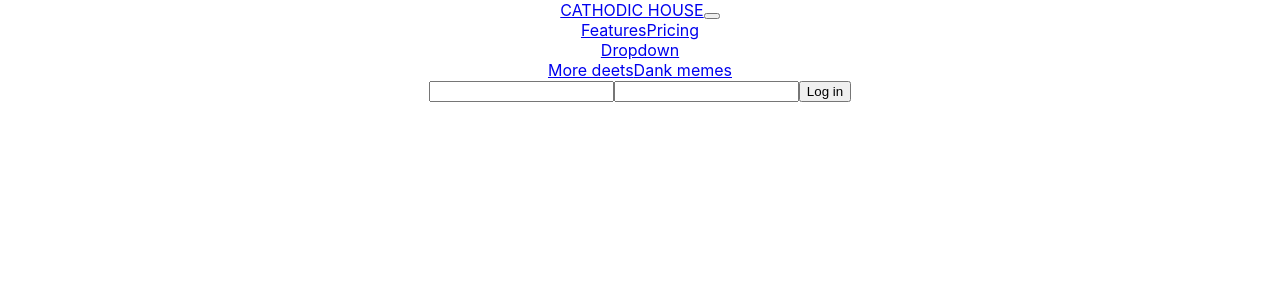
Repository: grnisna/warehouse-management-client-11
Page: /login
The author's editor kept a copy of each file at every save. The page is drawn from the files as they stood at one save, then again after the next save.
The browser window is 1280 px wide. The pictures show the whole page.
The project was rebuilt for these pictures with package versions that can differ from the ones it lists, and the page was loaded fresh each time.

Above is the page before, as saved 2022-05-09 01:07:00.

After the next save:
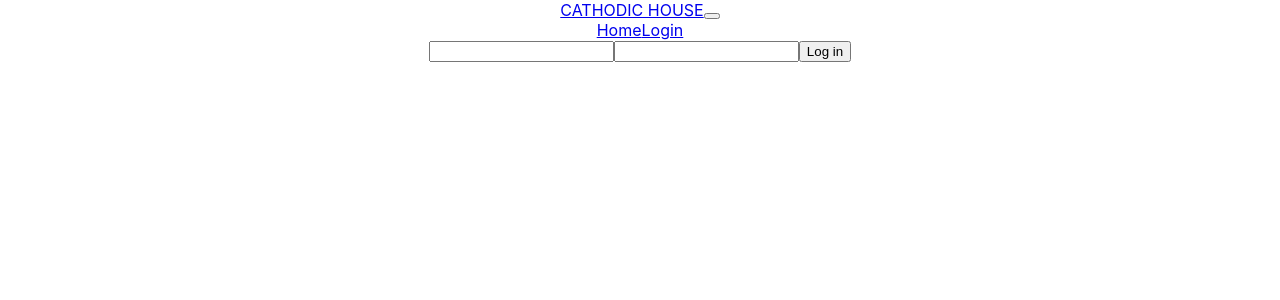
Saved 63 s later.
--- a/src/components/Header/Header.js
+++ b/src/components/Header/Header.js
@@ -9,20 +9,14 @@ const Header = () => {
   <Navbar.Toggle aria-controls="responsive-navbar-nav" />
   <Navbar.Collapse id="responsive-navbar-nav">
     <Nav className="me-auto">
-      <Nav.Link href="#features">Features</Nav.Link>
-      <Nav.Link href="#pricing">Pricing</Nav.Link>
-      <NavDropdown title="Dropdown" id="collasible-nav-dropdown">
-        <NavDropdown.Item href="#action/3.1">Action</NavDropdown.Item>
-        <NavDropdown.Item href="#action/3.2">Another action</NavDropdown.Item>
-        <NavDropdown.Item href="#action/3.3">Something</NavDropdown.Item>
-        <NavDropdown.Divider />
-        <NavDropdown.Item href="#action/3.4">Separated link</NavDropdown.Item>
-      </NavDropdown>
+      <Nav.Link href="#features"></Nav.Link>
+      <Nav.Link href="#pricing"></Nav.Link>
+
     </Nav>
     <Nav>
-      <Nav.Link href="#deets">More deets</Nav.Link>
+      <Nav.Link href="#home">Home</Nav.Link>
       <Nav.Link eventKey={2} href="#memes">
-        Dank memes
+        Login
       </Nav.Link>
     </Nav>
   </Navbar.Collapse>
